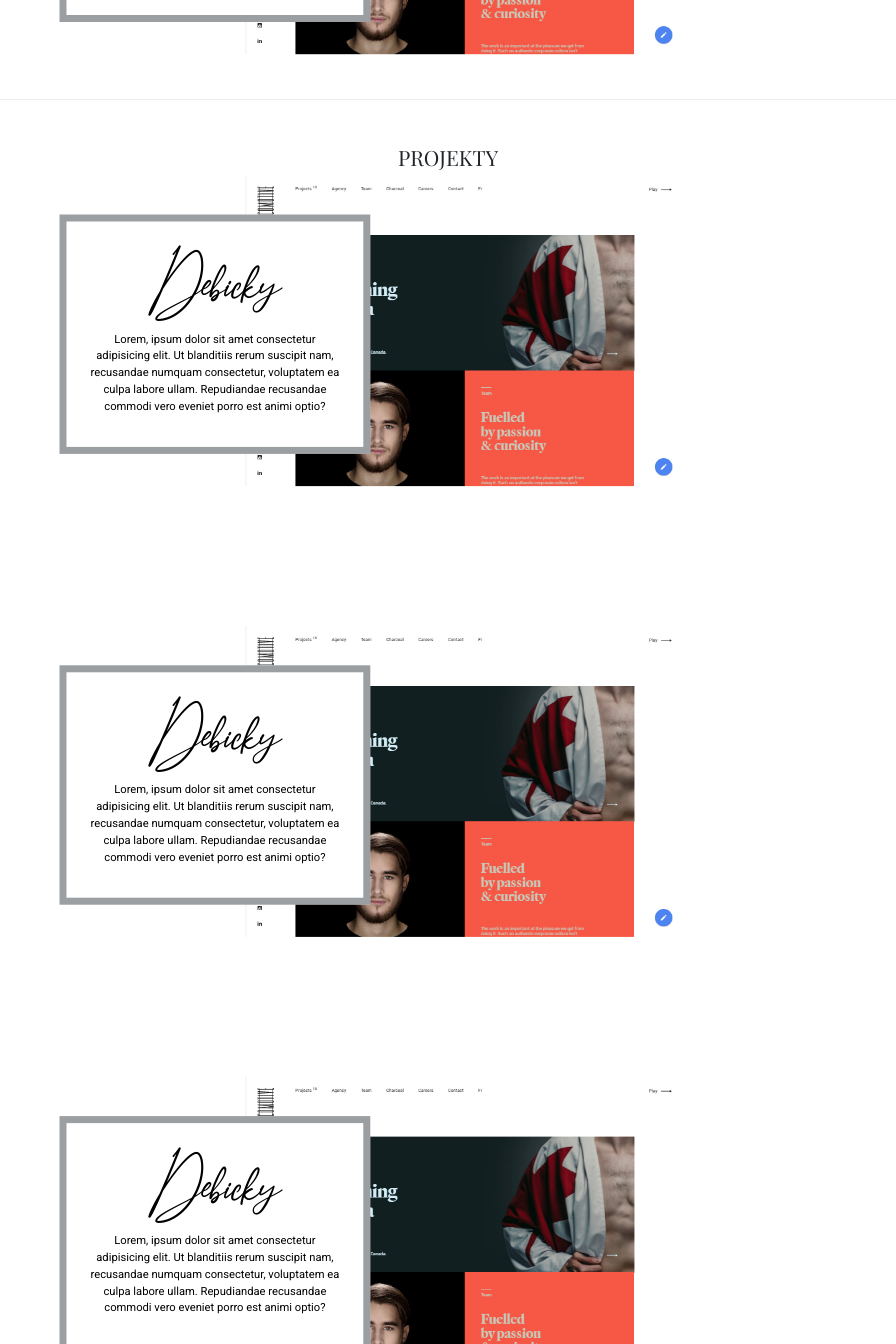
Repository: debicky/debicky.github.io
Page: index.html
These files come from the project's save history. The page is drawn as it stood at one moment and after a run of saves; the edit follows.
The browser window is 1280 px wide. The pictures show the part of the page from y = 649 to 2569 px (the page is 3751 px tall before and 3749 px after), at 70% of full size.
Some web libraries are served in a nearby version.

Above is the page before, as saved 2020-06-10 13:50:46.

### index.html
<!DOCTYPE html>
<html lang="en">
<head>
  <meta charset="UTF-8">
  <meta name="viewport" content="width=device-width, initial-scale=1.0">
  <title>Debicky</title>
  <link rel="stylesheet" href="https://stackpath.bootstrapcdn.com/bootstrap/4.5.0/css/bootstrap.min.css" integrity="sha384-9aIt2nRpC12Uk9gS9baDl411NQApFmC26EwAOH8WgZl5MYYxFfc+NcPb1dKGj7Sk" crossorigin="anonymous">
  <link rel="stylesheet" href="https://cdnjs.cloudflare.com/ajax/libs/font-awesome/5.11.2/css/all.min.css">
  <link rel="stylesheet" href="styles.css">
</head>
<body>


  <header>
    <a href="index.html">
      <div class="signature">
        <h5 class="signature-heading">Debicky<span class="text-danger font-weight-bolder">.</span></h5>
        <h3 class="signature-subhead">Programista Ruby on Rails</h3>
      </div>
    </a>
  </header>

  <div class="container">
    <nav class="navbar navbar-expand-md p-0 rounded">
      <button class="navbar-toggler" type="button" data-toggle="collapse" data-target="#navbarSupportedContent" aria-controls="navbarSupportedContent" aria-expanded="false" aria-label="Toggle navigation">
        <i class="fas fa-bars"></i>
        <i class="fas fa-times"></i>
      </button>

      <div class="collapse navbar-collapse d-md-flex justify-content-center" id="navbarSupportedContent">
        <ul class="navbar-nav">
          <li class="nav-item">
            <a class="nav-link" href="#">O mnie</a>
          </li>
          <li class="nav-item">
            <a class="nav-link" href="#">Projekty</a>
          </li>
          <li class="nav-item">
            <a class="nav-link" href="#">Kontakt</a>
          </li>
        </ul>
      </div>
    </nav>
  </div>

  <section class="about py-5">
    <div class="container">
      <div class="about-content">
        <div class="about-description">
          <div class="signature">
            <h5 class="signature-heading">Debicky</h5>
            <p>Lorem, ipsum dolor sit amet consectetur adipisicing elit. Ut blanditiis rerum suscipit nam, recusandae numquam consectetur, voluptatem ea culpa labore ullam. Repudiandae recusandae commodi vero eveniet porro est animi optio?</p>
          </div>
        </div>
        <div class="about-image">
          <a href="/images/1.jpeg">
            <img src="/images/2.jpeg" alt="img1">
          </a>
        </div>
      </div>
    </div>
  </section>

  <hr>

  <section class="projects py-5">
    <div class="container">
      <h1 class="text-center">Projekty</h1>

      <div class="project-1">
        <div class="about-content">
          <div class="about-description">
            <div class="signature">
              <h5 class="signature-heading">Debicky</h5>
              <p>Lorem, ipsum dolor sit amet consectetur adipisicing elit. Ut blanditiis rerum suscipit nam, recusandae numquam consectetur, voluptatem ea culpa labore ullam. Repudiandae recusandae commodi vero eveniet porro est animi optio?</p>
            </div>
          </div>
          <div class="about-image">
            <a href="/images/1.jpeg">
              <img src="/images/2.jpeg" alt="img1">
            </a>
          </div>
        </div>
      </div>
      <div class="project-1">
        <div class="about-content">
          <div class="about-description">
            <div class="signature">
              <h5 class="signature-heading">Debicky</h5>
              <p>Lorem, ipsum dolor sit amet consectetur adipisicing elit. Ut blanditiis rerum suscipit nam, recusandae numquam consectetur, voluptatem ea culpa labore ullam. Repudiandae recusandae commodi vero eveniet porro est animi optio?</p>
            </div>
          </div>
          <div class="about-image">
            <a href="/images/1.jpeg">
              <img src="/images/2.jpeg" alt="img1">
            </a>
          </div>
        </div>
      </div>
      <div class="project-1">
        <div class="about-content">
          <div class="about-description">
            <div class="signature">
              <h5 class="signature-heading">Debicky</h5>
              <p>Lorem, ipsum dolor sit amet consectetur adipisicing elit. Ut blanditiis rerum suscipit nam, recusandae numquam consectetur, voluptatem ea culpa labore ullam. Repudiandae recusandae commodi vero eveniet porro est animi optio?</p>
            </div>
          </div>
          <div class="about-image">
            <a href="/images/1.jpeg">
              <img src="/images/2.jpeg" alt="img1">
            </a>
          </div>
        </div>
      </div>
      <div class="project-1">
        <div class="about-content">
          <div class="about-description">
            <div class="signature">
              <h5 class="signature-heading">Debicky</h5>
              <p>Lorem, ipsum dolor sit amet consectetur adipisicing elit. Ut blanditiis rerum suscipit nam, recusandae numquam consectetur, voluptatem ea culpa labore ullam. Repudiandae recusandae commodi vero eveniet porro est animi optio?</p>
            </div>
          </div>
          <div class="about-image">
            <a href="/images/1.jpeg">
              <img src="/images/2.jpeg" alt="img1">
            </a>
          </div>
        </div>
      </div>

    </div>
  </section>


  <footer class="py-5">
    <div class="container">
      <div class="row">
        <div class="col-12 col-md-5 col-lg-4 mb-5 mb-md-0">
          <a href="index.html">
            <div class="signature-footer">
              <h5 class="signature-footer-heading">Debicky<span class="text-danger font-weight-bolder">.</span></h5>
              <h3 class="signature-footer-subhead">Programista Ruby on Rails</h3>
            </div>
          </a>
          <small class="d-block mt-2 text-muted">&copy; 2020</small>
        </div>
        <div class="col-12 col-md-5 col-lg-4 mb-5 mb-md-0">
          <h5 class="text-uppercase">Media</h5>
          <ul class="list-unstyled mb-0">
            <li>
              <a href="https://www.facebook.com/artur.debicki.5" class="text-muted">Facebook</a>
            </li>
            <li>
              <a href="https://www.instagram.com/debicky" class="text-muted">Instagram</a>
            </li>
            <li>
              <a href="https://github.com/debicky" class="text-muted">Github</a>
            </li>
          </ul>
        </div>
        <div class="col-12 col-md-5 col-lg-4">
          <h5 class="text-uppercase">Kontakt</h5>
              <ul class="list-unstyled text-small mb-0">
                <li>
                  <a href="mailto:arturd444@gmail.com" class="text-muted">arturd444@gmail.com</a>
                </li>
                <li>
                  <p class="text-muted">+48 692 138 221</p>
                </li>
              </ul>
        </div>
      </div>
    </div>
  </footer>



  <script src="https://code.jquery.com/jquery-3.5.1.slim.min.js" integrity="sha384-DfXdz2htPH0lsSSs5nCTpuj/zy4C+OGpamoFVy38MVBnE+IbbVYUew+OrCXaRkfj" crossorigin="anonymous"></script>
  <script src="https://cdn.jsdelivr.net/npm/popper.js@1.16.0/dist/umd/popper.min.js" integrity="sha384-Q6E9RHvbIyZFJoft+2mJbHaEWldlvI9IOYy5n3zV9zzTtmI3UksdQRVvoxMfooAo" crossorigin="anonymous"></script>
  <script src="https://stackpath.bootstrapcdn.com/bootstrap/4.5.0/js/bootstrap.min.js" integrity="sha384-OgVRvuATP1z7JjHLkuOU7Xw704+h835Lr+6QL9UvYjZE3Ipu6Tp75j7Bh/kR0JKI" crossorigin="anonymous"></script>
  <script src="script.js"></script>

</body>
</html>

### styles.css
@import url('https://fonts.googleapis.com/css?family=Playfair+Display+SC|Roboto:300,400&display=swap');

@font-face {
  font-family: "AmostelySignature";
  src: url("/fonts/AmostelySignature.ttf");
  }

body, html {
  font-family: "Roboto", sans-serif;
}

a:hover {
  text-decoration: none;;
}

/* Heading & nav  */

header{
  height: 200px;
  width: 100%;
  display: flex;
  align-items: center;
  justify-content: center;
}

.signature{
  color: black;
  text-align: center;
  user-select: none;
}


.signature-heading{
  font-family: 'AmostelySignature', cursive;
  font-size: 80px;
  margin-bottom: 30px;
}

.signature-subhead{
  font-family: 'Playfair Display SC', sans-serif;
  font-size: 18px;
  text-transform: uppercase;
  margin-bottom: 0;
}

.navbar{
  background-color: #384147;
}

.navbar-toggler i{
  color: #fff;
  font-size: 25px;
}

.navbar-toggler .fa-times{
  display: none;
}

.navbar-toggler.menu-open  .fa-bars{
  display: none;
}

.navbar-toggler.menu-open  .fa-times{
  display: block;
}

.navbar-nav{
  padding: 20px;
}

.nav-link{
  color: #fff;
  text-transform: uppercase;
  transition: opacity .5s;
  font-size: 12px;
}

.nav-link:hover{
  color: maroon;
}

/* About */

.about-content{

}

.about-description{
  width: 100%;
  background-color: #fff;
  padding: 40px;
  outline: 5px solid rgba(56, 65, 71, 0.5);
  outline-offset: -5px;
  order: 1;
  margin-top: 5px;
}

.about-image{
  order: 2;
}

.about-image img{
  width: 100%;
  height: auto;
  display: block;
}

.about-image a::after{
  font-family: 'Font Awesome 5 Free';
  content: "\f35d";
  font-weight: 600;
  position: absolute;
  top: 50%;
  left: 50%;
  transform: translate(-50%, -50%);
  color: maroon;
  font-size: 25px;
  z-index: 101;
  width: 70px;
  height: 70px;
  border: 3px solid #fff;
  border-radius: 100%;
  display: flex;
  align-items: center;
  justify-content: center;
  opacity: 0;
  transition: opacity .5s;
}

.about-image a:hover::after{
  opacity: .7;
}


/* Projects */

section h1{
  font-family: 'Playfair Display SC', sans-serif;
  font-size: 30px;
  text-transform: uppercase;
}

/* Footer */


footer {
  background-color: #151515;
}

.signature-footer-heading{
  font-family: 'AmostelySignature', cursive;
  font-size: 50px;
  margin-bottom: 30px;
}

.signature-footer-subhead{
  font-family: 'Playfair Display SC', sans-serif;
  font-size: 12px;
  text-transform: uppercase;
}

footer h5, footer h3{
  color: #fff;
  font-family: 'Playfair Display SC', sans-serif;
}

a.text-muted:hover{
  color: maroon !important;
}


/* Responsive */

@media screen and (min-width: 768px) {
  .navbar{
    background-color: transparent;
  }
  .navbar-nav{
    padding: 0;
  }
  .nav-link{
    color: #384147;
  }

  nav:hover .nav-link:not(:hover){
    opacity: .5;
  }

  .about-content{
    position: relative;
    display: block;
  }

  .about-description{
    position: absolute;
    top: 80%;
    transform: translateY(-50%);
    width: 60%;
    outline-offset: -10px;
  }

  .about-image img{
    width: 70%;
    margin-left: auto;
  }
}

@media screen and (min-width: 1200px) {
  .about-description{
    top: 50%;
    width: 40%;
    outline: 10px solid rgba(56, 65, 71, 0.5);
    offset: -20px;

  }

  .about-image{
    width: 80%;
  }


}

.project-1{
  margin-bottom: 200px;
}

### script.js
$('.navbar-toggler').on('click', function () {
  $(this).toggleClass('menu-open')
})

After the next 2 saves:
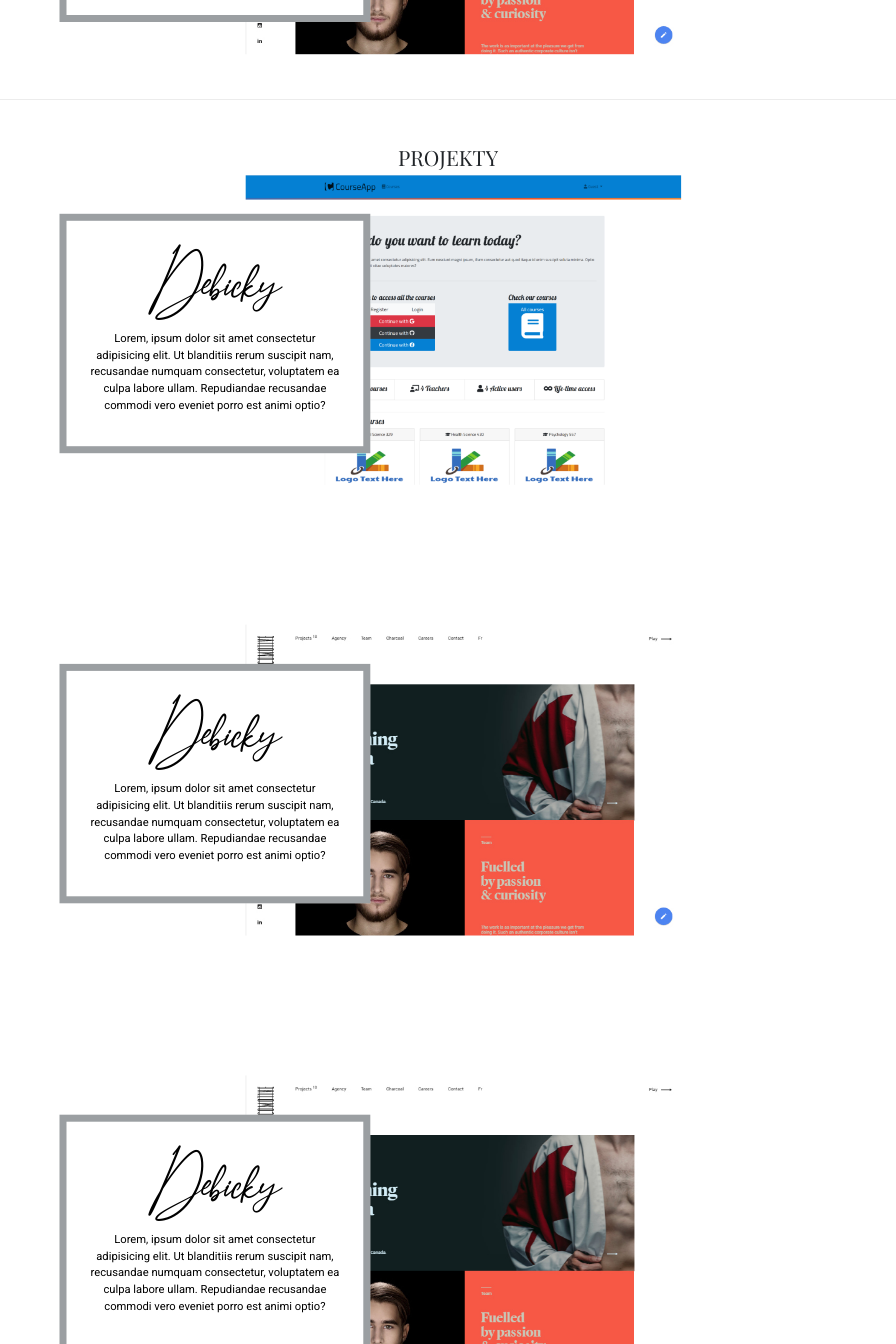
The 2 saves are shown as one change because they came seconds apart.
The last was saved 40 s later.
--- a/index.html
+++ b/index.html
@@ -77,7 +77,7 @@
           </div>
           <div class="about-image">
             <a href="/images/1.jpeg">
-              <img src="/images/2.jpeg" alt="img1">
+              <img src="/images/course.png" alt="img1">
             </a>
           </div>
         </div>
